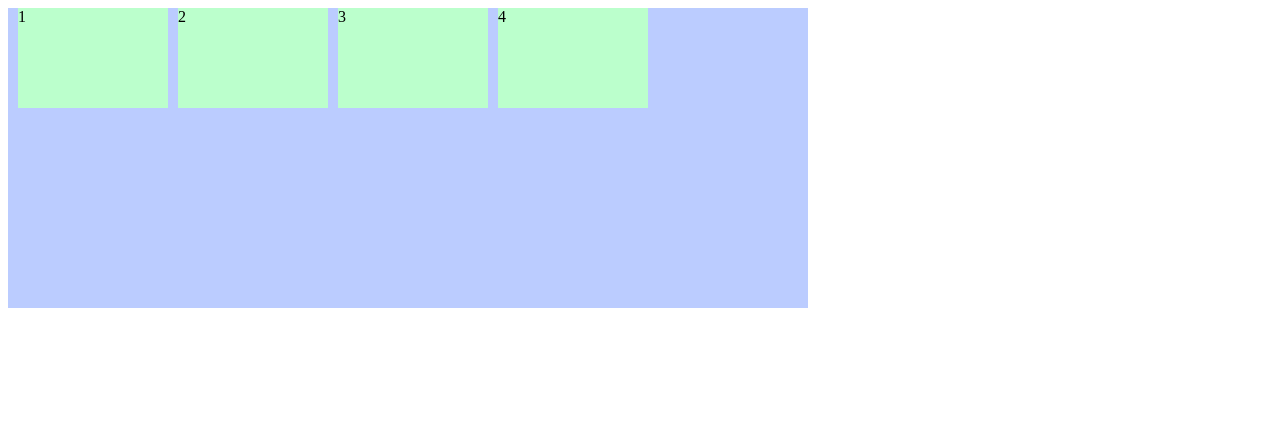
Repository: liutian97/learn1
Page: 移动端web开发/代码/2. Flex 伸缩布局/05-flex-wrap子元素是否换行.html
These files come from the project's save history. The page is drawn as it stood at one moment and after a run of saves; the edit follows.
The browser window is 1280 px wide. The pictures show the whole page.

Above is the page before, as saved 2022-07-02 16:51:34.

After the next 2 saves:
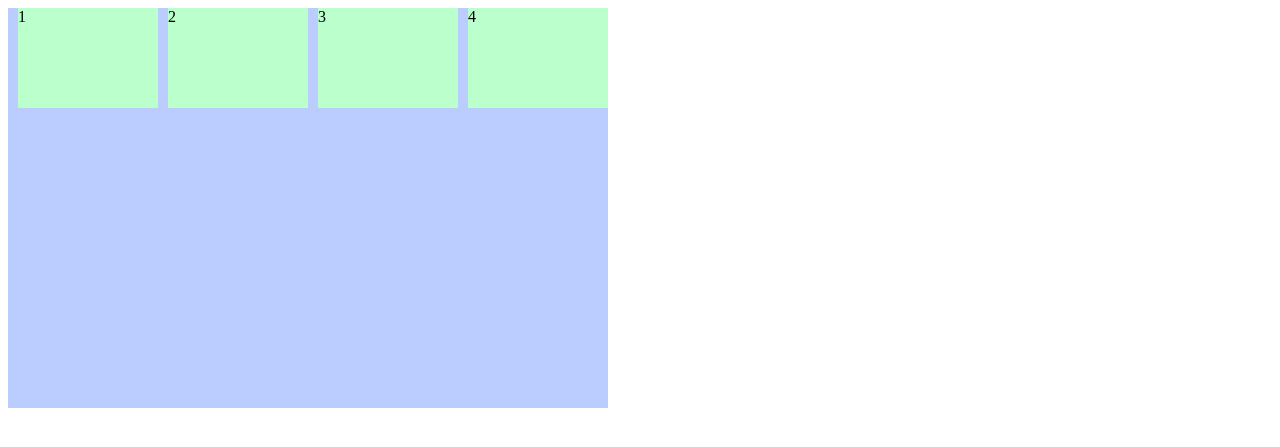
The 2 saves are shown as one change because they came seconds apart.
The last was saved 20 s later.
--- a/移动端web开发/代码/2. Flex 伸缩布局/05-flex-wrap子元素是否换行.html
+++ b/移动端web开发/代码/2. Flex 伸缩布局/05-flex-wrap子元素是否换行.html
@@ -7,8 +7,8 @@
   <title>Document</title>
   <style>
     div {
-      width: 800px;
-      height: 300px;
+      width: 600px;
+      height: 400px;
       background-color: #bcf;
       display: flex;
     }
